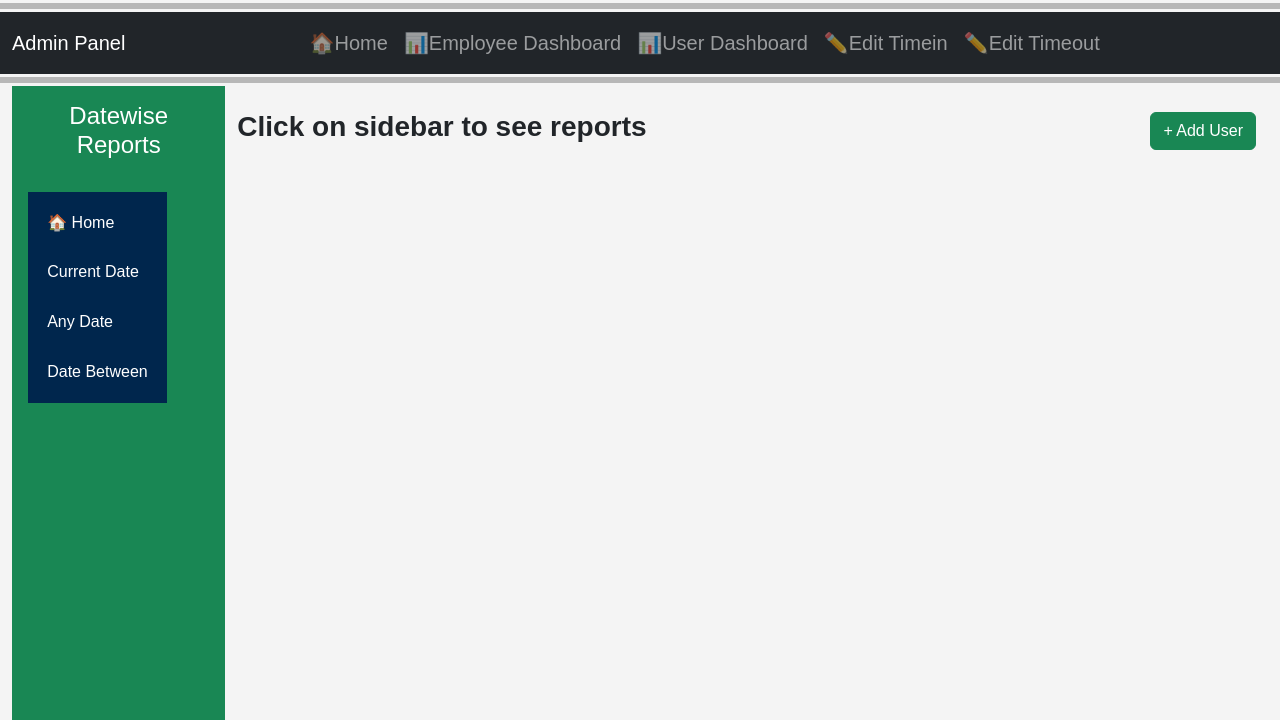
Repository: tecresearch/fullstack-training
Page: http://localhost/user/reports/datewise/anydate-dashboard
An editor plug-in stored every save of this project. The page is shown before and after the next save, followed by the edit.
The browser window is 1280 px wide. The pictures show the whole page.
The page is this project's Thymeleaf template; nobody is signed in. The template is opened directly, without the code that normally fills it, so the values that code supplies are empty.

Above is the page before, as saved 2025-03-19 06:59:23.

### a4-spring-boot/employee-time-tracker/src/main/resources/templates/user/reports/datewise/anydate-dashboard.html
<html xmlns:th="http://www.thymeleaf.org">
<!-- admin navbar -->
<div th:insert="~{@{admin/admin-navbar}}"></div>
<head>
    <meta charset="UTF-8">
    <meta name="viewport" content="width=device-width, initial-scale=1.0">
    <title>Datewise Report Dashboard</title>
</head>
<body>
	<div class="container-fluid">
	    <div class="row">
	        <!-- Sidebar -->
			<div th:insert="~{@{user/reports/datewise/date-sidebar}}"></div>
	        <!-- Main Content -->
	        <main class="col-md-9 col-lg-10 offset-md-3 offset-lg-2 p-4">
	            <div class="d-flex justify-content-between align-items-center mb-3">
	                <h3 class="fw-bold">Click on sidebar to see reports</h3>
	                <button class="btn btn-success" id="addUser" data-bs-toggle="modal" data-bs-target="#addUserModal">+ Add User</button>
	            </div>
	        </main>
	    </div>
	</div>
	<script src="https://cdn.jsdelivr.net/npm/bootstrap@5.3.0/dist/js/bootstrap.bundle.min.js"></script>
</body>
</html>

### a4-spring-boot/employee-time-tracker/src/main/resources/templates/admin/admin-navbar.html
<html xmlns:th="http://www.thymeleaf.org">
  <head>
	<div th:insert="~{@{csslink}}"></div>
	<style>
		.bt {
           padding: 5px 10px;
		   border-radius: 5px;
		   transition: background-color 0.3s;
		   color:blue;
		   font-size:1.5vw;
		   background-color: white;
		   margin-left: 5px;
		   margin-top: 0px;
		 }
		.nav-link:hover{
			color:white;
		}
    </style>
	<script>
	        document.addEventListener("DOMContentLoaded", function () {

				document.querySelectorAll("nav a").forEach(link => {
				    if (link.href === window.location.href) {
				      link.classList.add("active");
				    }
				  });
	        });
	    </script>
</head>
<body >
  <hr style="border:3px solid black;margin-top:3px;margin-bottom:3px">
  <nav class="navbar navbar-expand-lg navbar-dark bg-dark">
	<div class="container-fluid">
	   <a class="navbar-brand" href="#">Admin Panel</a>
	   <button class="navbar-toggler" type="button" data-bs-toggle="collapse" data-bs-target="#navbarNav">
		 <span class="navbar-toggler-icon"></span>
	   </button>
	   <div class="collapse navbar-collapse justify-content-center" id="navbarNav">
	 	<ul class="navbar-nav">
		  <li class="nav-item">
		     <a class="nav-link fs-5" href="/employee-timetracker/admin/home">🏠Home</a>
		  </li>
		  <li class="nav-item">
			 <a class="nav-link fs-5" href="/employee-timetracker/admin/employee/dashboard">📊Employee Dashboard</a>
		  </li>
		  <li class="nav-item">
			 <a class="nav-link fs-5" href="/employee-timetracker/admin/user/dashboard">📊User Dashboard</a>
		  </li>
		  <li class="nav-item">
			 <a class="nav-link fs-5" href="#">✏️Edit Timein</a>
		  </li>
		  <li class="nav-item">
		     <a class="nav-link fs-5" href="#">✏️Edit Timeout</a>
		  </li>
		</ul>
	  </div>
	 </div>
    </nav>
   </div>
   <hr style="border:3px solid black;margin-top:3px;margin-bottom:3px">
</body>
</html>

### a4-spring-boot/employee-time-tracker/src/main/resources/templates/csslink.html
<link th:href="@{/CSS/bootstrap.min.css}" rel="stylesheet">
<link th:href="@{/CSS/timetracker.css?v=2.0}" rel="stylesheet">
<script src="https://code.jquery.com/jquery-3.6.0.min.js"></script>
<script th:src="@{/JS/employee/ajax.js?v=2.0}" type="module"></script>
<script th:src="@{/JS/user.js?v=2.0}"></script>
<script th:src="@{/JS/user/userajax.js?v=2.0}" type="module"></script>
<script th:src="@{/JS/user/check.js?v=2.0}"></script>

### a4-spring-boot/employee-time-tracker/src/main/resources/templates/user/reports/datewise/date-sidebar.html
<nav class="col-md-3 col-lg-2 d-md-block bg-success text-white vh-100 position-fixed">
	<div class="p-3">
		<h4 class="text-center">Datewise Reports</h4>
		<ul class="nav flex-column mt-4 position-fixed">
			<li class="nav-item">
				<a class="nav-link text-white active" href="#">🏠 Home</a>
			</li>
			<li class="nav-item">
				<a class="nav-link text-white" id="addUser1" data-bs-toggle="modal" data-bs-target="#addUserModal" href="#">Current Date</a>
			</li>
			<li class="nav-item">
				<a class="nav-link text-white" id="listUser" data-bs-toggle="modal" data-bs-target="#listUserModal" href="#">Any Date</a>
			</li>
			<li class="nav-item">
				<a class="nav-link text-white" data-bs-toggle="modal" data-bs-target="#deleteUserModal" href="#">Date Between</a>
			</li>
		</ul>
	</div>
</nav>

### a4-spring-boot/employee-time-tracker/src/main/resources/static/CSS/timetracker.css
body {
    font-family: Arial, sans-serif;
    margin: 0;
    padding: 0;
    background-color: #f4f4f4;
}
.header {
    background-color: #004080;
    color: white;
    padding: .8vw;
    text-align: center;
}
.nav {
    display: flex;
    justify-content: center;
    background: #00264d;
    padding: .5vw;
}
.nav a {
    color: white;
    padding: 1vw 1vw;
    text-decoration: none;
}
.hero {
    height: 20vw;
    display: flex;
    align-items: center;
    justify-content: center;
    color: white;
    font-size: 1.3vw;
    text-shadow: 2px 2px 5px rgba(0, 0, 0, 0.5);
}
.services {
    text-align: center;
    padding: .5vw;
}
.services div {
    display: inline-block;
    background: white;
    padding: .5vw;
    margin: .5vw;
    border-radius:.2vw;
    box-shadow: 0px 0px .5vw rgba(0, 0, 0, 0.1);
}
.footer {
    background: #004080;
    color: white;
    text-align: center;
    padding: .5vw;
    margin-top: .2vw;
}
.ddm{
    background:#00264d;
}
.bt{
    border:none;
    color:white;
    cursor: pointer;
    background: #00264d;
    margin-top: 12px;
}
a.dropdown-item:hover{
    background:white;
    color:#00264d;
}
.bg-image{
	background: url("../images/time.jpg")no-repeat center center/cover
}
.ubg-image{
	background: url("../images/tracker2.jpg")no-repeat center center/cover
}
.ch{
	height:18vw;
}

### a4-spring-boot/employee-time-tracker/src/main/resources/static/JS/employee/ajax.js
import { loadEmployeeDelete } from './empdelete.js';
import { loadEmployeeEdit } from './empedit.js';
import { popupAddDepartment, popupRole } from './emppopup.js';
import { loadEmployeeList } from './emplist.js';
$(document).ready(function() {
	$("#loadDeleteEmployee").click(function() {
		loadEmployeeDelete();
	});
	$("#loadEditEmployee").click(function() {
		loadEmployeeEdit();
	});
	$("#addEmployee").click(function() {
		popupAddDepartment();
	});
	$("#addEmployee1").click(function() {
		popupAddDepartment();
	});
	$("#department").change(function() {
		alert($(this).val());
		popupRole($(this).val(), "role");
	});
	$("#edepartment").change(function() {
		popupRole($(this).val(), "erole");
	});
	$("#listEmployee").click(function() {
		loadEmployeeList();
	});
});

### a4-spring-boot/employee-time-tracker/src/main/resources/static/JS/user.js
function matchPassword() {

	if (document.getElementById("rpassword").value != document.getElementById("password").value) {
		alert("Repeat password doen not match with password")
		return false;
	}
	return true;
}
function validatePassword() {
	var password = document.getElementById("password").value;
	var pattern = /^(?=.*[A-Z])(?=.*[a-z])(?=.*\d)(?=.*[@#$%^&+=!]).{8,}$/;
	var message = document.getElementById("passwordMessage");

	if (!pattern.test(password)) {
		message.style.color = "red";
		message.innerHTML = "Password must be at least 8 characters long and include uppercase, lowercase, a number, and a special character.";
		return false;
	} else {
		message.style.color = "green";
		message.innerHTML = "Strong password!";
		return true;
	}
}
function validatePasswordMatch() {
	var password = document.getElementById("password").value;
	var confirmPassword = document.getElementById("rpassword").value;
	var message = document.getElementById("passwordMatchMessage");

	if (confirmPassword.length > 0) {
		if (password === confirmPassword) {
			message.style.color = "green";
			message.innerHTML = "Passwords match!";
		} else {
			message.style.color = "red";
			message.innerHTML = "Passwords do not match!";
		}
	} else {
		message.innerHTML = "";
	}
}
function validateEmail() {
	var email = document.getElementById("email").value;
	var emailPattern = /^[a-zA-Z0-9._%+-]+@[a-zA-Z0-9.-]+\.[a-zA-Z]{2,}$/;
	var message = document.getElementById("emailMessage");

	if (emailPattern.test(email)) {
		message.style.color = "green";
		message.innerHTML = "Valid email!";
	} else {
		message.style.color = "red";
		message.innerHTML = "Invalid email format!";
	}
}

### a4-spring-boot/employee-time-tracker/src/main/resources/static/JS/user/userajax.js
import { popupEmployeeInName,popupEmployeeOutName } from './namepopup.js';
$(document).ready(function() {
	$("#recordTimeOut").click(function() {
		popupEmployeeInName()
	});
	$("#recordTimeIn").click(function() {
			popupEmployeeOutName()
	});
});

### a4-spring-boot/employee-time-tracker/src/main/resources/static/JS/user/check.js
function checkUserExistense()
{
		$.ajax(
		{
			url: "/employee-timetracker/admin/user/get-user?username=" + document.getElementById("username").value,
			type: "GET",
			success: function(response)
			{
				if (response)
				{
					document.getElementById("userExistMessage").innerHTML = "User name alerady exist";
					return false;
				}
			},
			error: function()
			{
				console.error("AJAX Error: " + error);
			}
		});
	return true;
  }

### a4-spring-boot/employee-time-tracker/src/main/resources/static/JS/employee/empdelete.js
export function loadEmployeeDelete() {
	$.ajax({
		url: "/employee-timetracker/admin/employee/get-employee-delete?eid=" + document.getElementById("deleteEid").value,
		type: "GET",
		success: function(response) {
			if (response.msg != null) {
				alert(response.msg);
			}
			else {
				document.getElementById("employeeDeleteDetails").style.display = "block";
				alert(response.department);
				for (let key in response) {
					document.getElementById("lbl"+key).innerHTML = response[key];
				}
			}
		},
		error: function() {
			console.error("AJAX Error: " + error);
		}
	});
}
//window.loadEmployeeDelete = loadEmployeeDelete;

### a4-spring-boot/employee-time-tracker/src/main/resources/static/JS/employee/empedit.js
import { popupEditDepartment,popupRole} from './emppopup.js';
export function loadEmployeeEdit() {
	$.ajax({
		url: "/employee-timetracker/admin/employee/get-employee-edit?eid=" + document.getElementById("editEid").value,
		type: "GET",
		success: function(response) {
			if (response.msg != null) {
				document.getElementById("employeeEditDetails").style.display = "none";
				alert(response.msg);
			}
			else {
				document.getElementById("employeeEditDetails").style.display = "block";
				popupEditDepartment(response["department"],response["role"]);
				for (let key in response) {
					if(key!="department")
						document.getElementById(key).value = response[key];
				}
				//popupRole(document.getElementById("edepartment").value,"erole");
			}
		},
		error: function() {
			console.error("AJAX Error: " + error);
		}
	});
}

### a4-spring-boot/employee-time-tracker/src/main/resources/static/JS/employee/emppopup.js
export function popupAddDepartment() {
	$.ajax({
		url: "/employee-timetracker/admin/employee/department-list",
		type: "GET",
		success: function(response) {
			let deptDropdown = $("#department");
			deptDropdown.empty();
			for (let key in response) {
				deptDropdown.append('<option value="' + key + '">' + response[key] + '</option>')
			}
			popupRole(document.getElementById("department").options[0].value,"role");
		},
		error: function() {
			console.error("AJAX Error:", error);
		}
	});
}
export function popupEditDepartment(deptId,roleId) {
	$.ajax({
		url: "/employee-timetracker/admin/employee/department-list",
		type: "GET",
		success: function(response) {
			let deptDropdown = $("#edepartment");
			deptDropdown.empty();
			//deptDropdown.append('<option value="-1">Choose Department</option>')
			for (let key in response) {
				if(deptId==key)
					deptDropdown.append('<option selected="selected" value="' + key + '">' + response[key] + '</option>');
				else
					deptDropdown.append('<option value="' + key + '">' + response[key] + '</option>');
			}
			popupRole1(deptId,"erole",roleId);
		},
		error: function() {
			console.error("AJAX Error:", error);
		}
	});
}
export function popupRole(deptId,role) {
	let roleDropDown = $("#"+role);
	$.ajax({
		url: "/employee-timetracker/admin/employee/role-list?deptId=" + deptId,
		type: "GET",
		success: function(response) {
			roleDropDown.empty();
			for (let key in response) {
				roleDropDown.append('<option value="' + key + '">' + response[key] + '</option>')
			}
		},
		error: function() {
			console.error("AJAX Error:", error);
		}
	});
}
export function popupRole1(deptId,role,roleId) {
	let roleDropDown = $("#"+role);
	$.ajax({
		url: "/employee-timetracker/admin/employee/role-list?deptId=" + deptId,
		type: "GET",
		success: function(response) {
			roleDropDown.empty();
			for (let key in response) {
				if(roleId==key)
					roleDropDown.append('<option selected value="' + key + '">' + response[key] + '</option>')
				else
					roleDropDown.append('<option value="' + key + '">' + response[key] + '</option>');
			}
		},
		error: function() {
			console.error("AJAX Error:", error);
		}
	});
}

### a4-spring-boot/employee-time-tracker/src/main/resources/static/JS/employee/emplist.js
export function loadEmployeeList() {
	$.ajax({
		url: "/employee-timetracker/admin/employee/get-employee-list",
		type: "GET",
		success: function(response) {
			let tableBody=$("#employeeList tbody");
			tableBody.empty();
			response.forEach(item=>{
				let row=`<tr>
				   <td>${item.empId}</td>
				   <td>${item.firstname}</td>
				   <td>${item.lastname}</td>
				   <td>${item.email}</td>
				   <td>${item.phone}</td>
				   <td><a href="#">${item.deptId}</a></td>
				   <td><a href="#">${item.roleId}</a></td>
				   <td>${item.timein}</td>
				   <td>${item.timeout}</td>
				</tr>`;
				tableBody.append(row);
			});
		},
		error: function() {
			console.error("AJAX Error: " + error);
		}
	});
}

### a4-spring-boot/employee-time-tracker/src/main/resources/static/JS/user/namepopup.js
export function popupEmployeeInName() {
	$.ajax({
		url: "/employee-timetracker/user/time/employee-inlist",
		type: "GET",
		success: function(response) {
				let deptDropdown = $("#inEmpId");
			deptDropdown.empty();
			for (let key in response) {
				deptDropdown.append('<option value="' + key + '">' + response[key] + '('+key+')</option>')
			}
		},
		error: function() {
			console.error("AJAX Error:", error);
		}
	});
}
export function popupEmployeeOutName() {
	$.ajax({
		url: "/employee-timetracker/user/time/employee-outlist",
		type: "GET",
		success: function(response) {
				let deptDropdown = $("#outEmpId");
			deptDropdown.empty();
			for (let key in response) {
				deptDropdown.append('<option value="' + key + '">' + response[key] + '('+key+')</option>')
			}
		},
		error: function() {
			console.error("AJAX Error:", error);
		}
	});
}

### a4-spring-boot/employee-time-tracker/src/main/resources/templates/user/user-navbar.html
<html xmlns:th="http://www.thymeleaf.org">
  <head>
	<div th:insert="~{@{csslink}}"></div>
	<style>
		.bt {
           padding: 5px 10px;
		   border-radius: 5px;
		   transition: background-color 0.3s;
		   color:blue;
		   font-size:1.5vw;
		   background-color: white;
		   margin-left: 5px;
		   margin-top: 0px;
		 }
		.nav-link:hover{
			color:white;
		}
    </style>
	<script>
	        document.addEventListener("DOMContentLoaded", function () {

				document.querySelectorAll("nav a").forEach(link => {
				    if (link.href === window.location.href) {
				      link.classList.add("active");
				    }
				  });
	        });
	    </script>
</head>
<body >
  <hr style="border:3px solid black;margin-top:3px;margin-bottom:3px">
  <nav class="navbar navbar-expand-lg navbar-dark bg-dark">
	<div class="container-fluid">
	   <a class="navbar-brand" href="#">User Panel</a>
	   <button class="navbar-toggler" type="button" data-bs-toggle="collapse" data-bs-target="#navbarNav">
		 <span class="navbar-toggler-icon"></span>
	   </button>
	   <div class="collapse navbar-collapse justify-content-center" id="navbarNav">
	 	<ul class="navbar-nav">
		  <li class="nav-item">
		     <a class="nav-link fs-5" href="/employee-timetracker/user/home">🏠Home</a>
		  </li>
		  <li class="nav-item">
			 <a class="nav-link fs-5" id="recordTimeOut" data-bs-target="#employeeTimeOutModal" data-bs-toggle="modal" href="#">⏳Record Time Out</a>
		  </li>
		  <li class="nav-item">
			 <a class="nav-link fs-5" id="recordTimeIn" data-bs-target="#employeeTimeInModal" data-bs-toggle="modal" href="#">⏳Record Time In</a>
		  </li>
		  <li class="nav-item">
			 <a class="nav-link fs-5" href="/employee-timetracker/user/datewise/report">📝Date-wise Report</a>
		  </li>
		  <li class="nav-item">
		     <a class="nav-link fs-5" href="#">📝Employee-wise report</a>
		  </li>
		</ul>
	  </div>
	  <a class="navbar-brand" href="#">🚪Logout</a>
	 </div>
    </nav>
   </div>
   <hr style="border:3px solid black;margin-top:3px;margin-bottom:3px">
</body>
</html>

Loaded but not shown: a4-spring-boot/employee-time-tracker/src/main/resources/static/CSS/bootstrap.min.css (library)

After the next save:
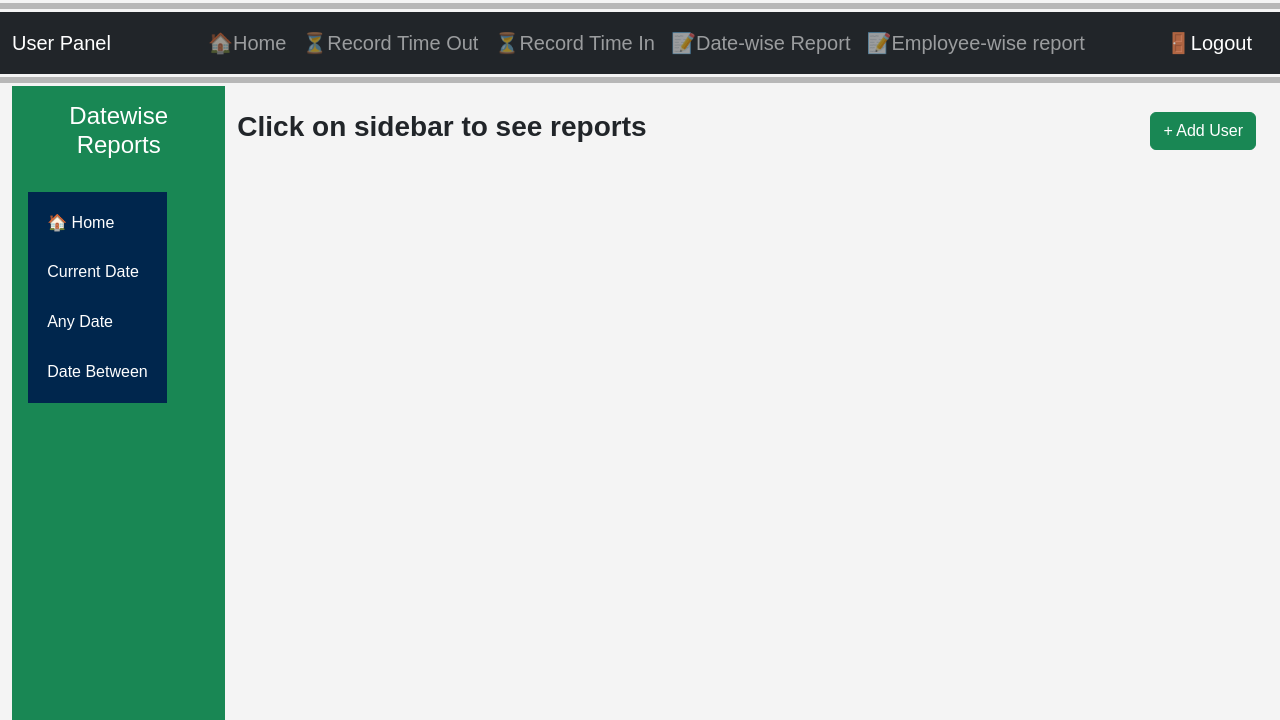
Saved 60 s later.
--- a/a4-spring-boot/employee-time-tracker/src/main/resources/templates/user/reports/datewise/anydate-dashboard.html
+++ b/a4-spring-boot/employee-time-tracker/src/main/resources/templates/user/reports/datewise/anydate-dashboard.html
@@ -1,6 +1,6 @@
 <html xmlns:th="http://www.thymeleaf.org">
 <!-- admin navbar -->
-<div th:insert="~{@{admin/admin-navbar}}"></div>
+<div th:insert="~{@{user/user-navbar}}"></div>
 <head>
     <meta charset="UTF-8">
     <meta name="viewport" content="width=device-width, initial-scale=1.0">
